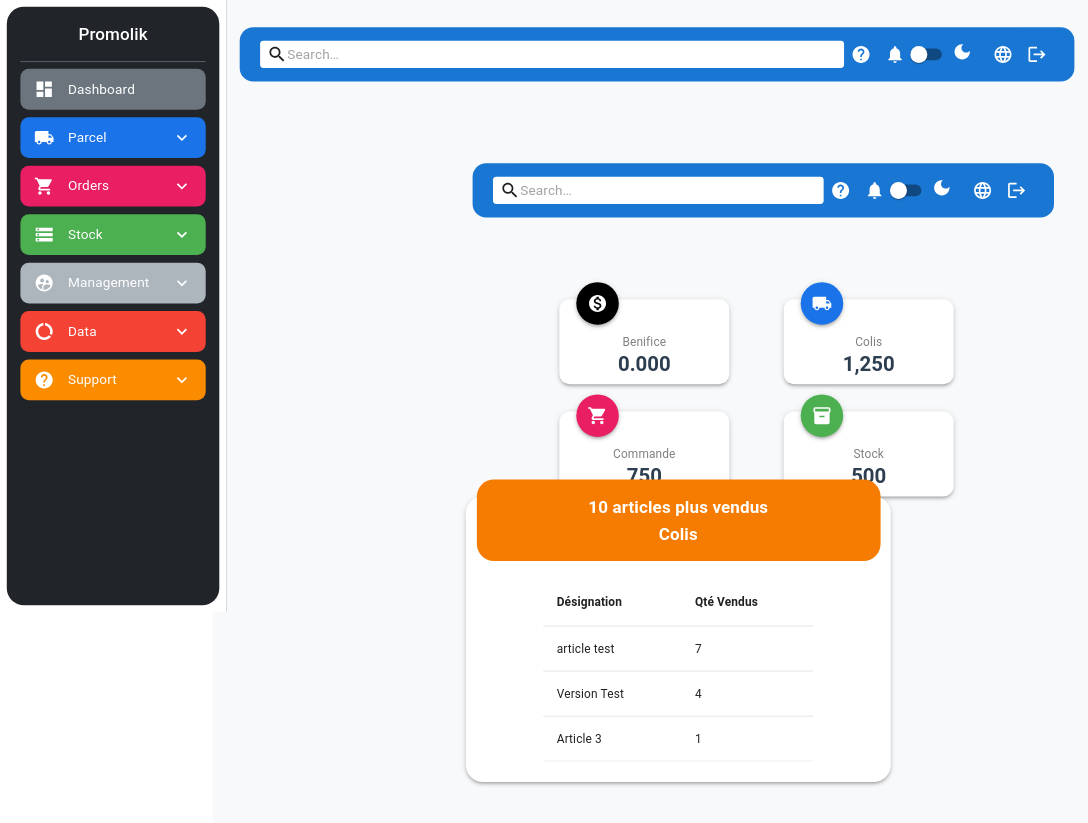
Repository: yosrjdly/stk
Page: /dashboard (app in dashboard/)
These files come from the project's save history. The page is drawn as it stood at one moment and after the next save; the edit follows.
The browser window is 1280 px wide. The pictures show the whole page, at 85% of full size.
The project was rebuilt for these pictures with package versions that can differ from the ones it lists, and the page was loaded fresh each time. The framework's server and built-in components were replaced by stand-ins that run in the browser. Also part of the build but not shown: dashboard/next.config.ts.

Above is the page before, as saved 2025-02-14 18:30:45.

### dashboard/src/app/dashboard/Layout.tsx
"use client";

import { Box, CssBaseline, Toolbar } from "@mui/material";
import Sidebar from "../../componenets/sidebar/SideBar";
import Navbar from "../../componenets/navbar/Navbar"; // Assuming you have a Navbar component
import { ReactNode } from "react";

interface LayoutProps {
  children: ReactNode;
}

export default function Layout({ children }: LayoutProps) {
  return (
    <Box sx={{ display: "flex" }}>
      <CssBaseline />

      {/* Sidebar (Permanent) */}
      <Sidebar />

      {/* Main Content Area */}
      <Box
        component="main"
        sx={{

          flexGrow: 1,
          p: 3,
          width: `calc(100% - 250px)`, // Adjusting main content width to fit sidebar
          backgroundColor: "#f8f9fa",
          minHeight: "100vh",
        }}
      >
        {/* Navbar */}
        <Navbar />

        {/* Page Content */}
        <Toolbar /> {/* Keeps content from being hidden behind Navbar */}
        {children}
      </Box>
    </Box>
  );
}

### dashboard/src/app/dashboard/page.tsx
import DashboardStats from "@/componenets/cards/smallCard/StatisticCard";
import Layout from "../dashboard/Layout";
import TopSellingCard from "@/componenets/cards/mediumCard/TopSellingCard";

export default function DashboardHome() {
  return (
    <Layout>
    <DashboardStats/>
    <TopSellingCard/>
    </Layout>
  );
}

### dashboard/src/componenets/sidebar/SideBar.tsx
"use client";

import { useState } from "react";
import { useRouter, usePathname } from "next/navigation";
import {
  Drawer,
  List,
  ListItemButton,
  ListItemText,
  Collapse,
  Divider,
  Typography,
  Box,
  IconButton,
} from "@mui/material";
import { ExpandLess, ExpandMore, Brightness4, Brightness7 } from "@mui/icons-material";
import DashboardIcon from '@mui/icons-material/Dashboard';
import LocalShippingIcon from '@mui/icons-material/LocalShipping';
import ShoppingCartIcon from '@mui/icons-material/ShoppingCart';
import StorageIcon from '@mui/icons-material/Storage';
import SupervisedUserCircleIcon from '@mui/icons-material/SupervisedUserCircle';
import DataUsageIcon from '@mui/icons-material/DataUsage';
import HelpIcon from '@mui/icons-material/Help';

const menuItems = [
  {
    title: "Dashboard",
    path: "/dashboard",
    color: "#6c757d",
    icon: <DashboardIcon />,
  },
  {
    title: "Parcel",
    subItems: [
      { title: "Exchange List", path: "/dashboard/parcel/exchangeList" },
      { title: "Exchange Return", path: "/dashboard/parcel/exchangeReturn" },
      { title: "Exchange Creation", path: "/dashboard/parcel/exchangeCreation" },
      { title: "Package Creation", path: "/dashboard/parcel/packageCreation" },
      { title: "Package Edit", path: "/dashboard/parcel/packageEdit" },
      { title: "Package List", path: "/dashboard/parcel/packageList" },
      { title: "Parcel Return", path: "/dashboard/parcel/parcelReturn" },
    ],
    color: "#1a73e8",
    icon: <LocalShippingIcon />,
  },
  {
    title: "Orders",
    subItems: [
      { title: "Cash Sale", path: "/dashboard/orders/cashSale" },
      { title: "Orders", path: "/dashboard/orders/orders" },
    ],
    color: "#e91e63",
    icon: <ShoppingCartIcon />,
  },
  {
    title: "Stock",
    subItems: [
      { title: "Add Article", path: "/dashboard/stock/addArticle" },
      { title: "Entred Stock", path: "/dashboard/stock/entredStock" },
      { title: "Notification", path: "/dashboard/stock/notification" },
      { title: "Stock", path: "/dashboard/stock/stock" },
    ],
    color: "#4caf50",
    icon: <StorageIcon />,
  },
  {
    title: "Management",
    subItems: [
      { title: "Delivery Company", path: "/manegement/deliveryCompany" },
      { title: "Profile", path: "/dashboard/management/profile" },
      { title: "Profit", path: "/dashboard/management/profit" },
      { title: "Spending", path: "/dashboard/management/spending" },
      { title: "User", path: "/dashboard/management/user" },
    ],
    color: "#adb5bd",
    icon: <SupervisedUserCircleIcon />,
  },
  {
    title: "Data",
    subItems: [
      { title: "Archived Parcel", path: "/dashboard/data/archivedParcel" },
      { title: "Command Deleted", path: "/dashboard/data/commandDeleted" },
      { title: "Deleted Parcel", path: "/dashboard/data/deletedParcel" },
      { title: "Inventory Removed", path: "/dashboard/data/inventoryRemoved" },
    ],
    color: "#f44335",
    icon: <DataUsageIcon />,
  },
  {
    title: "Support",
    subItems: [
      { title: "About Us", path: "/dashboard/support/aboutUs" },
      { title: "Claims", path: "/dashboard/support/claims" },
      { title: "User Guide", path: "/dashboard/support/userGuide" },
    ],
    color: "#fb8c00",
    icon: <HelpIcon />,
  },
];

export default function Sidebar() {
  const router = useRouter();
  const pathname = usePathname();
  const [openSections, setOpenSections] = useState<Record<string, boolean>>({});

  const toggleSection = (title: string) => {
    setOpenSections((prev) => ({
      ...prev,
      [title]: !prev[title],
    }));
  };

  return (
    <Drawer variant="permanent" sx={{ width: 250, flexShrink: 0, marginTop: 2 }}>
      <Box sx={{ height: "100%", width: 250, padding: 2, backgroundColor: "#212529", borderRadius: 5, margin: 1 }}>
        <Typography variant="h6" sx={{ color: "white", textAlign: "center", mb: 2 }}>
          Promolik
        </Typography>
        <Divider sx={{ backgroundColor: "#6c757d" }} />
        <List>
          {menuItems.map((item, index) => {
            const isParentActive = item.subItems?.some((subItem) => pathname === subItem.path);

            return (
              <div key={index}>
                {item.subItems ? (
                  <>
                    <ListItemButton
                      sx={{
                        backgroundColor: item.color,
                        borderRadius: "10px",
                        marginBottom: 1,
                        color: "white",
                      }}
                      onClick={() => toggleSection(item.title)}
                    >
                      {item.icon}
                      <ListItemText primary={item.title} sx={{ ml: 2 }} />
                      {openSections[item.title] ? <ExpandLess /> : <ExpandMore />}
                    </ListItemButton>
                    <Collapse in={openSections[item.title]} timeout="auto" unmountOnExit>
                      <List component="div" disablePadding>
                        {item.subItems.map((subItem, subIndex) => (
                          <ListItemButton
                            key={subIndex}
                            sx={{
                              pl: 4,
                              backgroundColor: pathname === subItem.path ? item.color : "transparent",
                              borderRadius: pathname === subItem.path ? "10px" : "0px",
                              marginBottom: 1,
                              color: pathname === subItem.path ? "white" : "#ccc",
                            }}
                            onClick={() => router.push(subItem.path)}
                          >
                            <ListItemText primary={subItem.title} />
                          </ListItemButton>
                        ))}
                      </List>
                    </Collapse>
                  </>
                ) : (
                  <ListItemButton
                    sx={{
                      backgroundColor: pathname === item.path ? item.color : "transparent",
                      borderRadius: pathname === item.path ? "10px" : "0px",
                      marginBottom: 1,
                      color: pathname === item.path ? "white" : "#ccc",
                    }}
                    onClick={() => router.push(item.path)}
                  >
                    {item.icon}
                    <ListItemText primary={item.title} sx={{ ml: 2 }} />
                  </ListItemButton>
                )}
                <Divider />
              </div>
            );
          })}
        </List>
      </Box>
    </Drawer>
  );
}

### dashboard/src/componenets/navbar/Navbar.tsx
'use client';

import React, { useState } from 'react';
import { AppBar, Toolbar, IconButton, InputBase, Menu, MenuItem, Switch, FormControlLabel } from '@mui/material';
import { Search as SearchIcon, Help as HelpIcon, Notifications as NotificationsIcon, Language as LanguageIcon, Logout as LogoutIcon, DarkMode as DarkModeIcon } from '@mui/icons-material';
import { useTheme } from '@mui/material/styles';

const Navbar = () => {
  const [anchorEl, setAnchorEl] = useState(null);
  const [themeMode, setThemeMode] = useState(false); // Dark mode state

  const theme = useTheme();

  const handleMenuOpen = (event) => {
    setAnchorEl(event.currentTarget);
  };

  const handleMenuClose = () => {
    setAnchorEl(null);
  };

  const toggleTheme = () => {
    setThemeMode((prev) => !prev);
    // You can add a theme switcher logic here (like changing the theme color)
  };

  return (
    <AppBar
      position="sticky"
      sx={{
        mx: 1,
        mt: 1,
        borderRadius: '16px',
        boxShadow: 'none',
        backdropFilter: 'blur(10ppx',
        zIndex: 1200,
      }}
    >
      <Toolbar>
        {/* Search Bar */}
        <InputBase
          placeholder="Search…"
          startAdornment={<SearchIcon />}
          sx={{ flexGrow: 1, backgroundColor: theme.palette.background.default, borderRadius: '4px', paddingLeft: '8px' }}
        />

        {/* Help Icon */}
        <IconButton color="inherit" onClick={handleMenuOpen}>
          <HelpIcon />
        </IconButton>

        {/* Notifications Icon */}
        <IconButton color="inherit">
          <NotificationsIcon />
        </IconButton>

        {/* Theme Switch */}
        <FormControlLabel
          control={<Switch checked={themeMode} onChange={toggleTheme} />}
          label={<DarkModeIcon />}
        />

        {/* Language Icon */}
        <IconButton color="inherit">
          <LanguageIcon />
        </IconButton>

        {/* Logout Icon */}
        <IconButton color="inherit">
          <LogoutIcon />
        </IconButton>
      </Toolbar>

      {/* Help Icon Menu */}
      <Menu
        anchorEl={anchorEl}
        open={Boolean(anchorEl)}
        onClose={handleMenuClose}
      >
        <MenuItem onClick={handleMenuClose}>Help Center</MenuItem>
        <MenuItem onClick={handleMenuClose}>Contact Support</MenuItem>
      </Menu>
    </AppBar>
  );
};

export default Navbar;

### dashboard/src/componenets/cards/smallCard/StatisticCard.tsx
'use client';

import React from 'react';
import { Card, CardContent, Typography, Box } from '@mui/material';
import MonetizationOnIcon from '@mui/icons-material/MonetizationOn';
import LocalShippingIcon from '@mui/icons-material/LocalShipping';
import ShoppingCartIcon from '@mui/icons-material/ShoppingCart';
import InventoryIcon from '@mui/icons-material/Inventory';

const StatisticCard = ({
  title,
  value,
  icon,
  bgColor,
}: {
  title: string;
  value: string;
  icon: React.ReactNode;
  bgColor: string;
}) => {
  return (
    <Box sx={{ position: 'relative', display: 'inline-block', mx: 2 }}>
      {/* Floating Icon */}
      <Box
        sx={{
          position: 'absolute',
          top: -20,
          left: 20,
          width: 50,
          height: 50,
          borderRadius: '50%',
          backgroundColor: bgColor,
          display: 'flex',
          alignItems: 'center',
          justifyContent: 'center',
          boxShadow: 3,
        }}
      >
        {icon}
      </Box>

      {/* Card */}
      <Card
        sx={{
          width: 200,
          height: 100,
          borderRadius: 3,
          textAlign: 'center',
          boxShadow: 3,
          backgroundColor: 'white',
          pt: 3,
        }}
      >
        <CardContent>
          <Typography variant="body2" sx={{ color: 'gray' }}>
            {title}
          </Typography>
          <Typography variant="h5" sx={{ fontWeight: 'bold', color: '#2D3E50' }}>
            {value}
          </Typography>
        </CardContent>
      </Card>
    </Box>
  );
};

const DashboardStats = () => {
  const stats = [
    { title: 'Benifice', value: '0.000', icon: <MonetizationOnIcon sx={{ color: 'white' }} />, bgColor: 'black' },
    { title: 'Colis', value: '1,250', icon: <LocalShippingIcon sx={{ color: 'white' }} />, bgColor: '#1a73e8' },
    { title: 'Commande', value: '750', icon: <ShoppingCartIcon sx={{ color: 'white' }} />, bgColor: '#e91e63' },
    { title: 'Stock', value: '500', icon: <InventoryIcon sx={{ color: 'white' }} />, bgColor: '#4caf50' },
  ];

  return (
    <Box display="flex" justifyContent="center" gap={4} flexWrap="wrap" mt={4}>
      {stats.map((stat, index) => (
        <StatisticCard key={index} title={stat.title} value={stat.value} icon={stat.icon} bgColor={stat.bgColor} />
      ))}
    </Box>
  );
};

export default DashboardStats;

### dashboard/src/componenets/cards/mediumCard/TopSellingCard.tsx
"use client";

import { Card, CardContent, Typography, Table, TableBody, TableCell, TableContainer, TableHead, TableRow, Paper, Box } from "@mui/material";

const data = [
  { name: "article test", quantity: 7 },
  { name: "Version Test", quantity: 4 },
  { name: "Article 3", quantity: 1 },
];

const TopSellingCard = () => {
  return (
    <Card sx={{ width: 500, borderRadius: 5, boxShadow: 3, overflow: "visible", display: "flex", flexDirection: "column", alignItems: "center", justifyContent: "center", position: "relative" }}>
      <CardContent sx={{ backgroundColor: "#f57c00", color: "white", textAlign: "center", padding: 2, width: 475, position: "absolute", top: -20,borderRadius: 5 }}>
        <Typography variant="h6" fontWeight="bold">
          10 articles plus vendus
        </Typography>
        <Typography variant="h6" fontWeight="bold">
          Colis
        </Typography>
      </CardContent>
      <CardContent sx={{ width: 350, marginTop: 10 }}>
        <TableContainer component={Paper} elevation={0} sx={{ boxShadow: "none" }}>
          <Table>
            <TableHead>
              <TableRow>
                <TableCell sx={{ fontWeight: "bold" }}>Désignation</TableCell>
                <TableCell sx={{ fontWeight: "bold" }}>Qté Vendus</TableCell>
              </TableRow>
            </TableHead>
            <TableBody>
              {data.map((item, index) => (
                <TableRow key={index}>
                  <TableCell>{item.name}</TableCell>
                  <TableCell>{item.quantity}</TableCell>
                </TableRow>
              ))}
            </TableBody>
          </Table>
        </TableContainer>
      </CardContent>
    </Card>
  );
};

export default TopSellingCard;

Loaded but not shown: dashboard/src/app/layout.tsx (common file); dashboard/src/app/globals.css (common file)

After the next save:
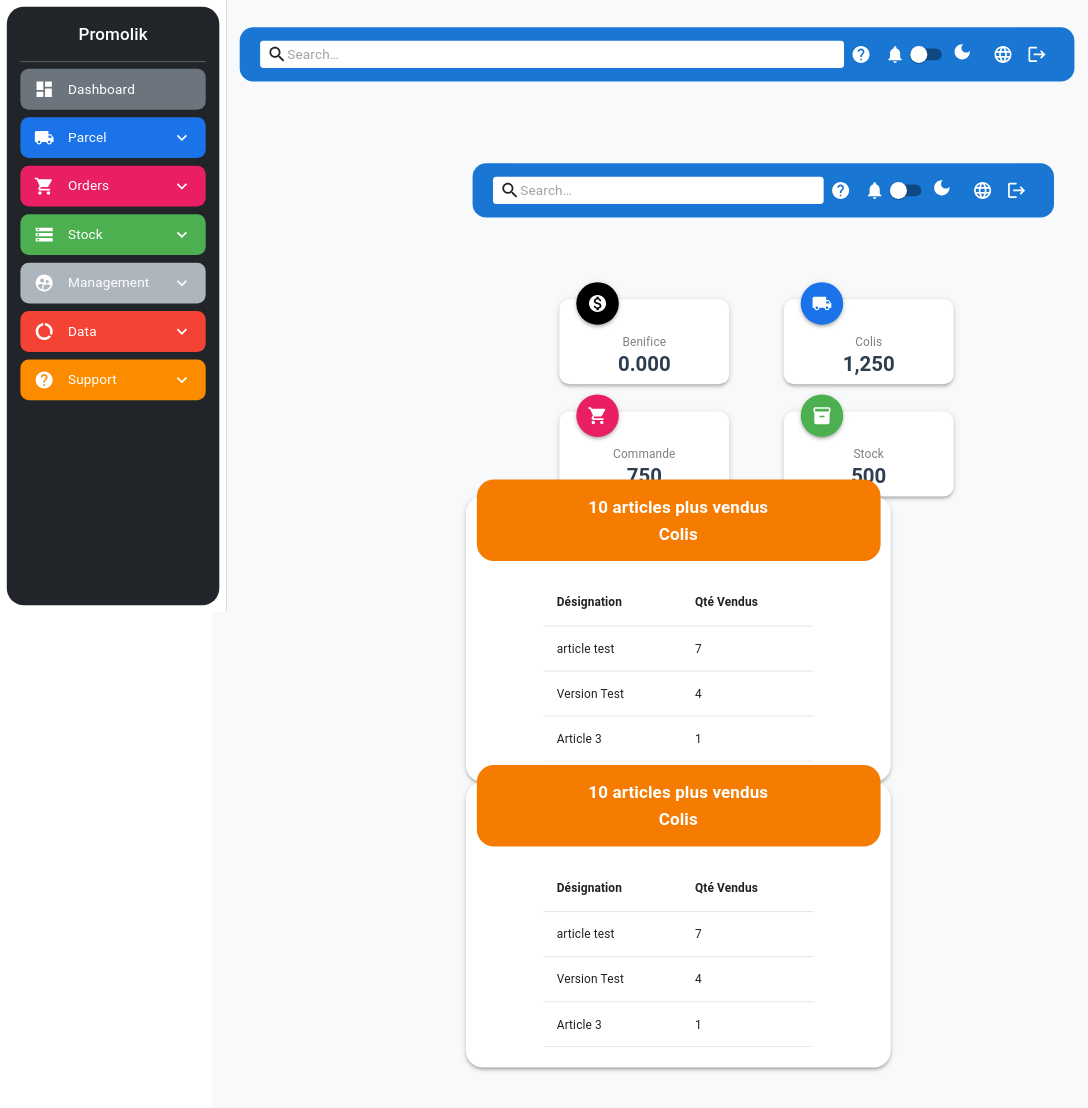
Saved 87 s later.
--- a/dashboard/src/app/dashboard/page.tsx
+++ b/dashboard/src/app/dashboard/page.tsx
@@ -7,6 +7,8 @@
     <Layout>
     <DashboardStats/>
     <TopSellingCard/>
+    <TopSellingCard/>
+
     </Layout>
   );
 }

After the save that followed:
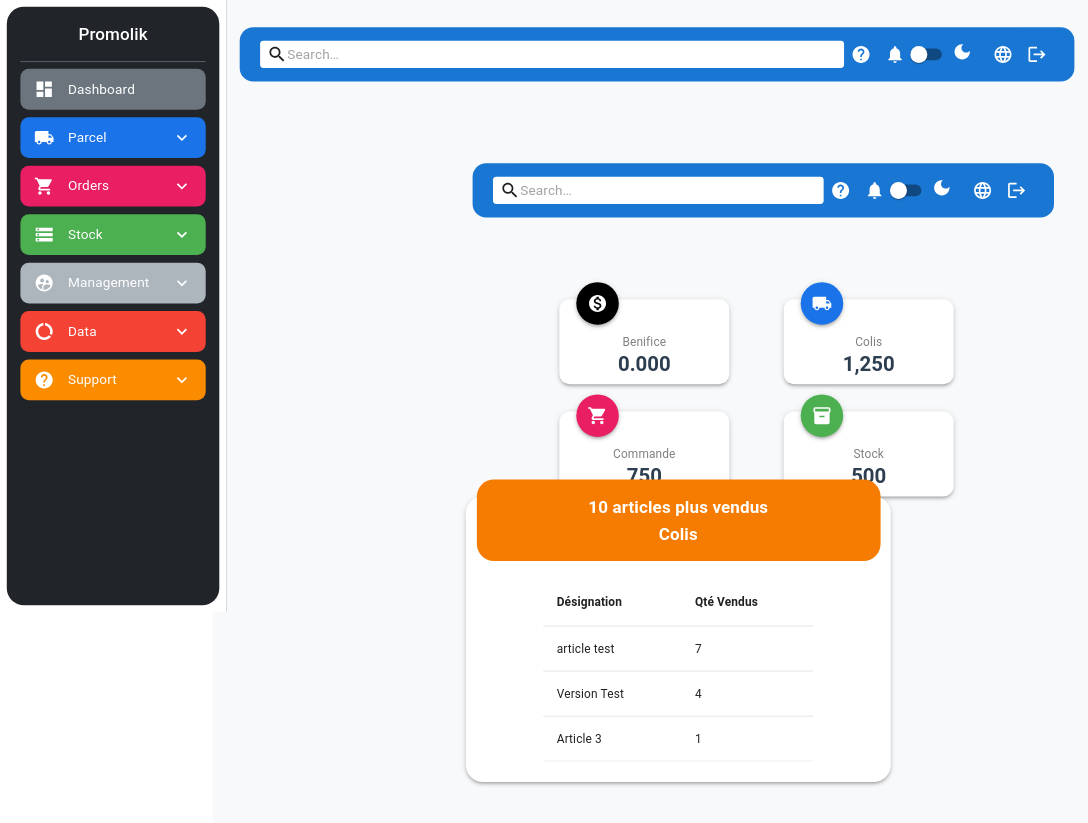
Saved 11 s later.
--- a/dashboard/src/app/dashboard/page.tsx
+++ b/dashboard/src/app/dashboard/page.tsx
@@ -7,7 +7,6 @@
     <Layout>
     <DashboardStats/>
     <TopSellingCard/>
-    <TopSellingCard/>
 
     </Layout>
   );
